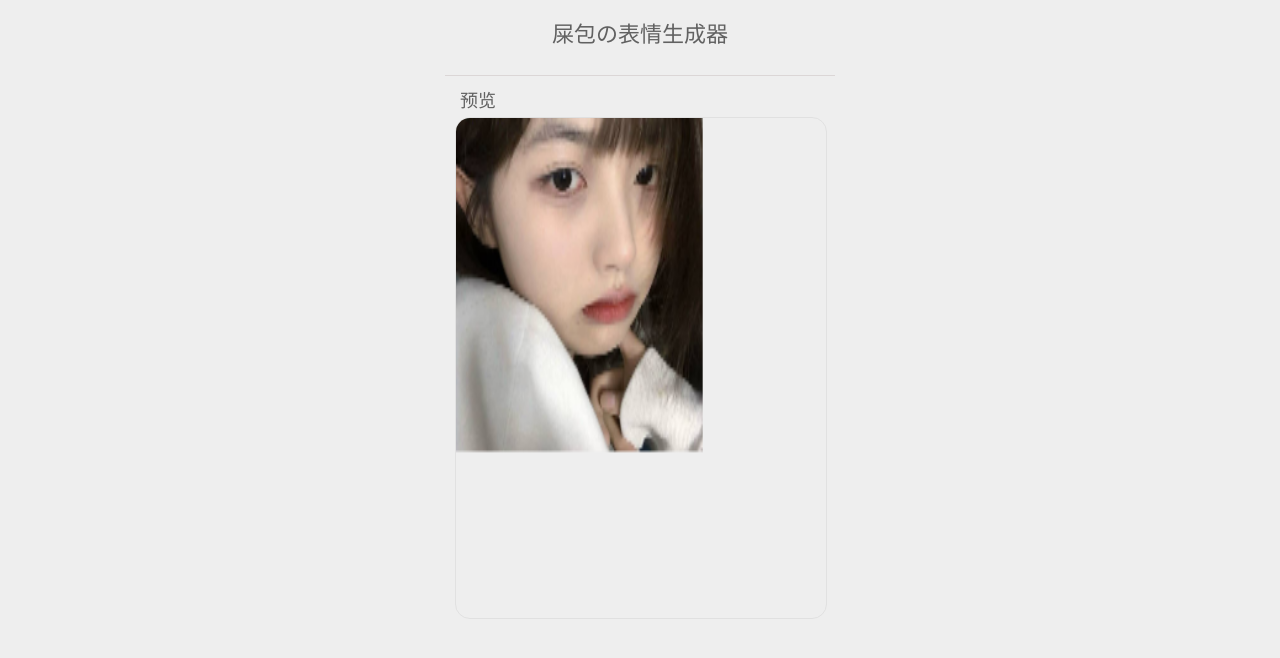
Repository: long-zuyang/shibao
Page: /
These files come from the project's save history. The page is drawn as it stood at one moment and after the next save; the edit follows.
The browser window is 1280 px wide. The pictures show the whole page.
The project was rebuilt for these pictures with package versions that can differ from the ones it lists, and the page was loaded fresh each time. Also part of the build but not shown: vite.config.ts.

Above is the page before, as saved 2023-06-29 21:12:38.

After the next save:
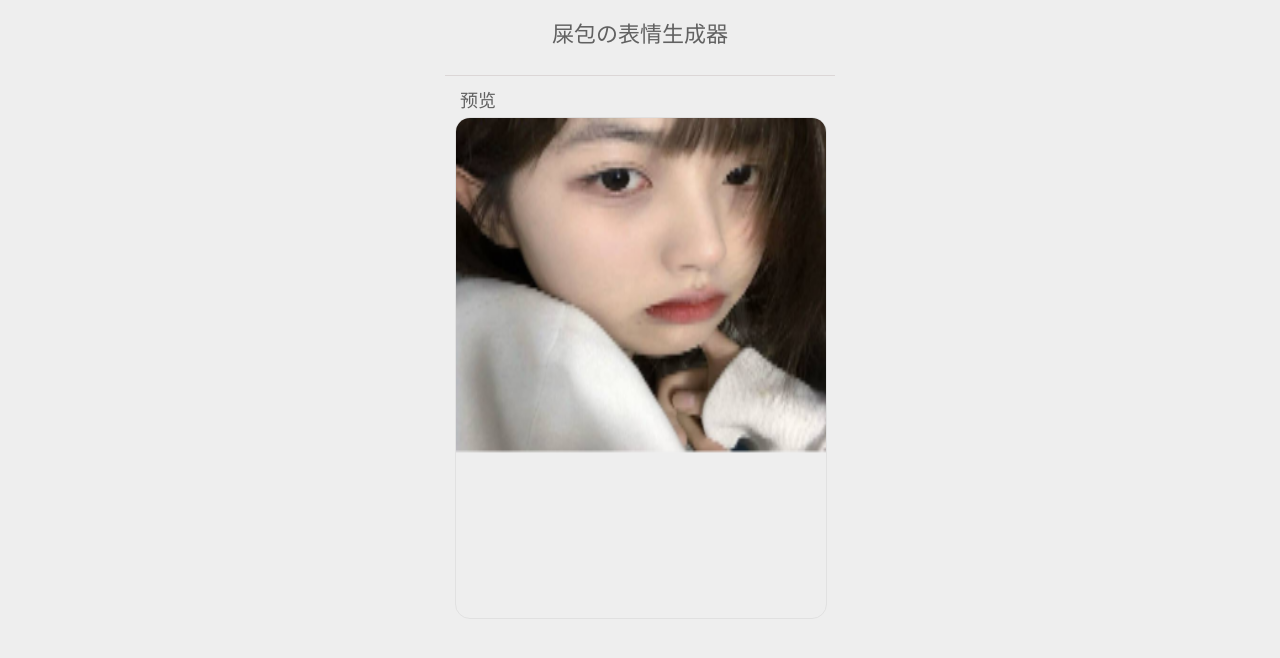
Saved 7 s later.
--- a/src/components/CanvasDraw.tsx
+++ b/src/components/CanvasDraw.tsx
@@ -19,7 +19,7 @@ function CanvasDrow() {
     // 图片加载完成后绘制图片
     headImg.onload = () => {
       const height = 100;
-      const width = 200;
+      const width = 300;
       ctx?.drawImage(headImg, 0, 0, width, height);
     };
   }, []);
